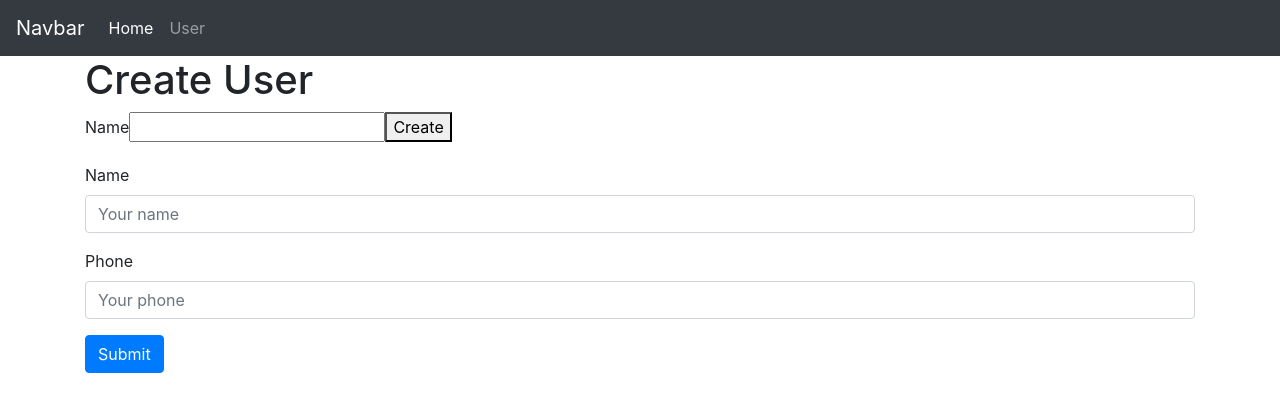
Repository: HuuNghi/nodeTokyo
Page: http://localhost/users/create
The author's editor kept a copy of each file at every save. The page is drawn from the files as they stood at one save, then again after the next save.
The browser window is 1280 px wide. The pictures show the whole page.
The page is served by the project's Node server (index.js). Other server files are loaded and not shown.

Above is the page before, as saved 2020-04-06 16:03:41.

### views/users/create.pug
extend ../layouts/common
block content
  h1 Create User
  form(action="/users/create", method="POST")
    label Name
    input(type="text", name="name")
    button Create
  form(action="/users/create", method="POST")
  .form-group
    label(for='name') Name
    input.form-control(type='text', placeholder='Your name', name="name", id="name")
  .form-group
    label(for='phone') Phone
    input.form-control(type='text', placeholder='Your phone', name="phone", id="phone")
  button.btn.btn-primary(type='submit') Submit

### views/layouts/common.pug
html
  head
    link(rel="stylesheet", href="https://stackpath.bootstrapcdn.com/bootstrap/4.4.1/css/bootstrap.min.css")
    link(rel="stylesheet", href="/styles/style.css")
  body
    nav.navbar.navbar-expand-lg.navbar-dark.bg-dark
      a.navbar-brand(href='#') Navbar
      button.navbar-toggler(type='button', data-toggle='collapse', data-target='#navbarSupportedContent', aria-controls='navbarSupportedContent', aria-expanded='false', aria-label='Toggle navigation')
        span.navbar-toggler-icon
      #navbarSupportedContent.collapse.navbar-collapse
        ul.navbar-nav.mr-auto
          li.nav-item.active
            a.nav-link(href='#') Home
          li.nav-item
            a.nav-link(href='#') User
    .container
      block content

### index.js
const express = require('express');
const bodyParser = require('body-parser');
const userRouter = require('./routers/user.router');

const port = 3000;
const app = express();

app.set('view engine', 'pug');
app.set('views', './views');
app.use(bodyParser.json()) // for parsing application/json
app.use(bodyParser.urlencoded({ extended: true }));
app.use('/users', userRouter);
app.use(express.static('public'));

app.listen(port, () => {
  console.log(`App listening on port ${port}`);
});

app.get('/', (req, res) => {
  res.render('index', {
    name: 'Nghi',
  });
});

### controllers/user.controller.js
const db = require('../db');
const shortid = require('shortid');

module.exports.index = (req, res) => {
  res.render('users/index', {
    users: db.get('users').value(),
    q: req.query.q,
  });
};

module.exports.search = (req, res) => {
  var q = req.query.q;
  var result = db.get('users').value().filter((user) => user.name.toLowerCase().indexOf(q.toLowerCase()) !== -1);
  console.log(result);
  res.render('users/index', {
    users: result ? result : db.get('users').value(),
    q,
  });
};

module.exports.createView = (req, res) => {
  res.render('users/create');
};

module.exports.create = (req, res) => {
  var name = req.body.name;
  if (name) {
    db.get('users').push({
      id: shortid.generate(),
      name
    }).write();
  }
  res.redirect('/users')
};

module.exports.view = (req, res) => {
  var id = req.params.id;
  var user = db.get('users').find({ id }).value();
  res.render('users/view', { user });
};

### public/styles/style.css
/* Style css for project */

After the next save:
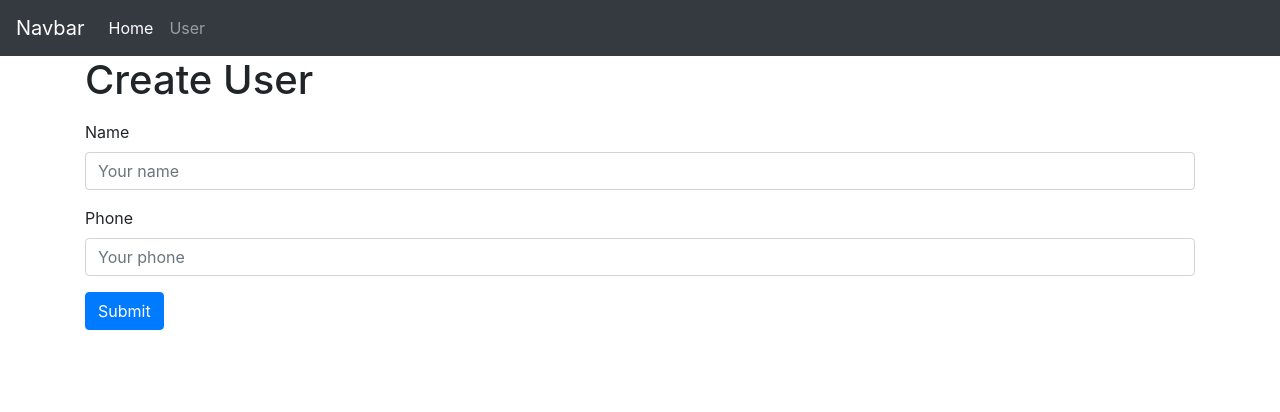
Saved 11 s later.
--- a/views/users/create.pug
+++ b/views/users/create.pug
@@ -1,10 +1,6 @@
 extend ../layouts/common
 block content
   h1 Create User
-  form(action="/users/create", method="POST")
-    label Name
-    input(type="text", name="name")
-    button Create
   form(action="/users/create", method="POST")
   .form-group
     label(for='name') Name
